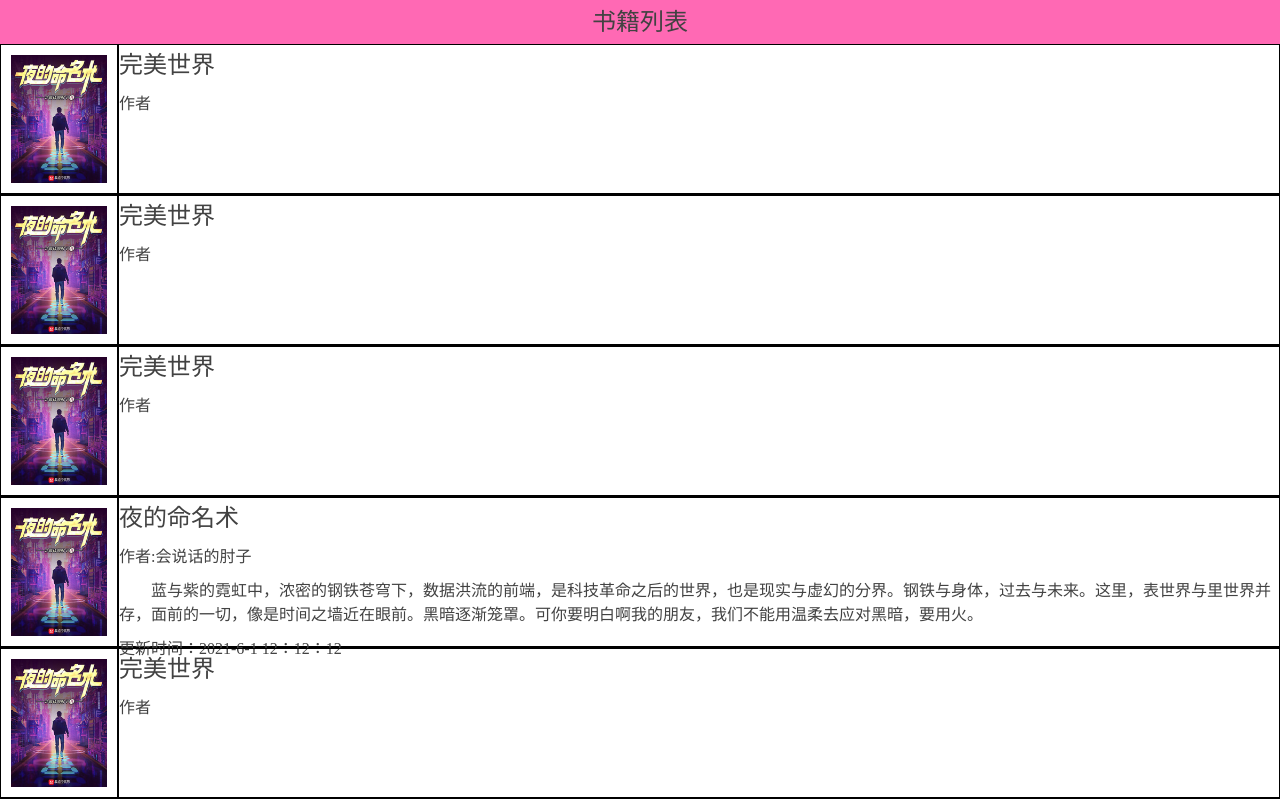
Repository: razzh7/javascript-demo
Page: 自动阅读插件/index.html
These files come from the project's save history. The page is drawn as it stood at one moment and after the next save; the edit follows.
The browser window is 1280 px wide. The pictures show the whole page.

Above is the page before, as saved 2021-06-29 10:49:05.

After the next save:
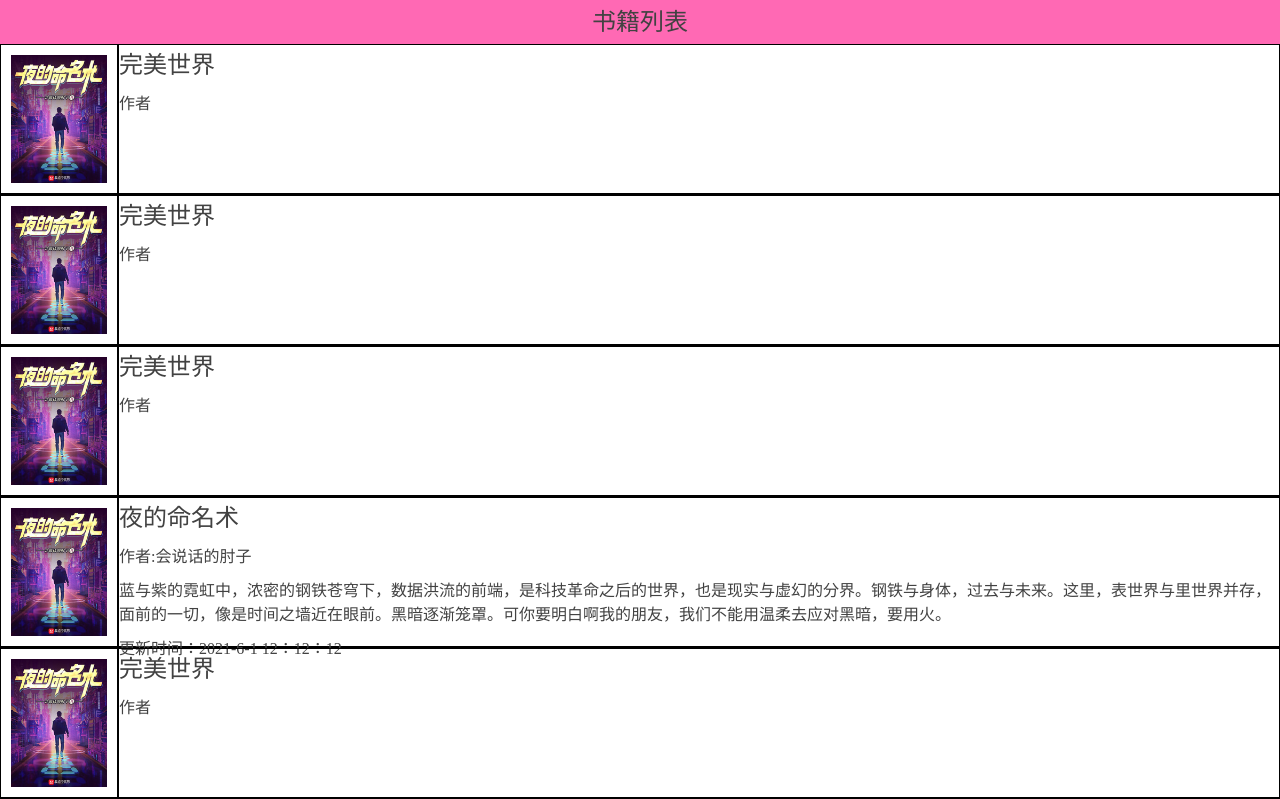
Saved 4 s later.
--- a/自动阅读插件/index.html
+++ b/自动阅读插件/index.html
@@ -55,7 +55,7 @@
           <div class="bk-info">
             <h2>夜的命名术</h2>
             <p>作者:会说话的肘子</p>
-            <p>　　蓝与紫的霓虹中，浓密的钢铁苍穹下，数据洪流的前端，是科技革命之后的世界，也是现实与虚幻的分界。钢铁与身体，过去与未来。这里，表世界与里世界并存，面前的一切，像是时间之墙近在眼前。黑暗逐渐笼罩。可你要明白啊我的朋友，我们不能用温柔去应对黑暗，要用火。</p>
+            <p class="intro">蓝与紫的霓虹中，浓密的钢铁苍穹下，数据洪流的前端，是科技革命之后的世界，也是现实与虚幻的分界。钢铁与身体，过去与未来。这里，表世界与里世界并存，面前的一切，像是时间之墙近在眼前。黑暗逐渐笼罩。可你要明白啊我的朋友，我们不能用温柔去应对黑暗，要用火。</p>
             <p>更新时间：2021-6-1 12：12：12</p>
           </div>
         </a>
